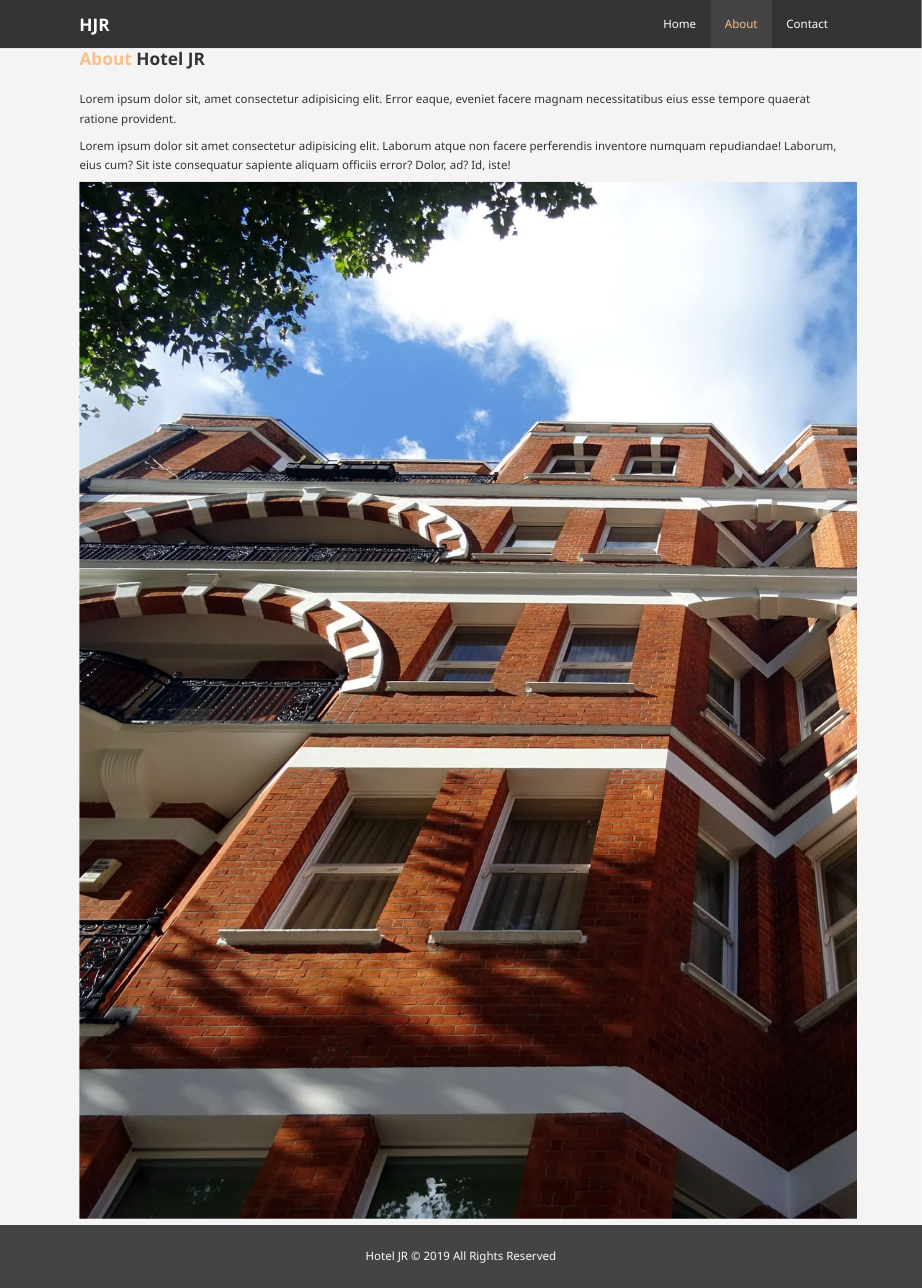
Repository: dimlutine/Hotel-Project
Page: about.html
An editor plug-in stored every save of this project. The page is shown before and after the next save, followed by the edit.
The browser window is 1280 px wide. The pictures show the whole page, at 72% of full size.

Above is the page before, as saved 2019-07-05 22:46:23.

After the next save:
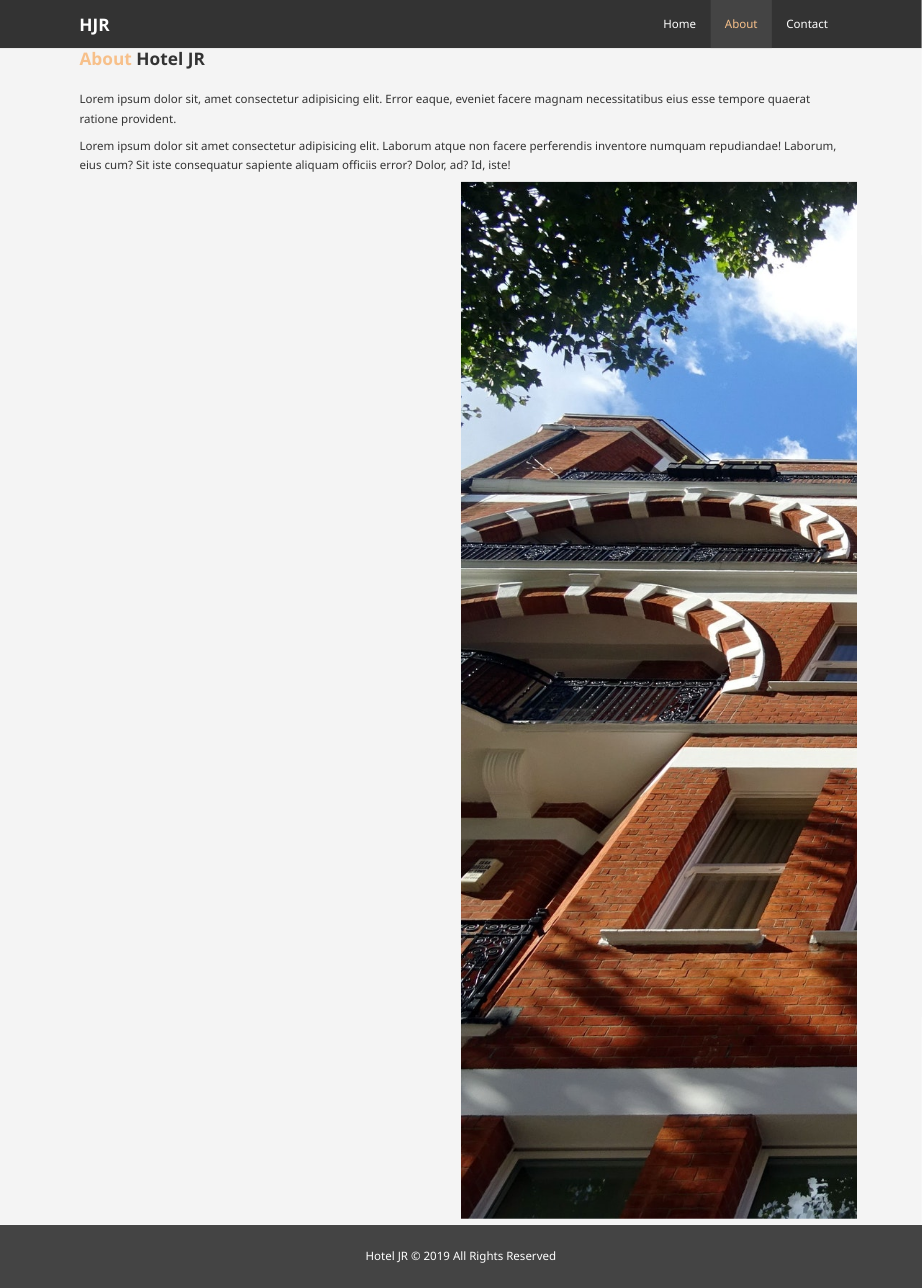
Saved 34 s later.
--- a/css/style.css
+++ b/css/style.css
@@ -184,6 +184,15 @@ p {
 }
 
 
+/* About Info*/
+
+#about-info .info-right {
+    float: right;
+    width: 50%;
+    min-height: 100%;
+}
+
+
 /* Footer */
 
 #main-footer {
